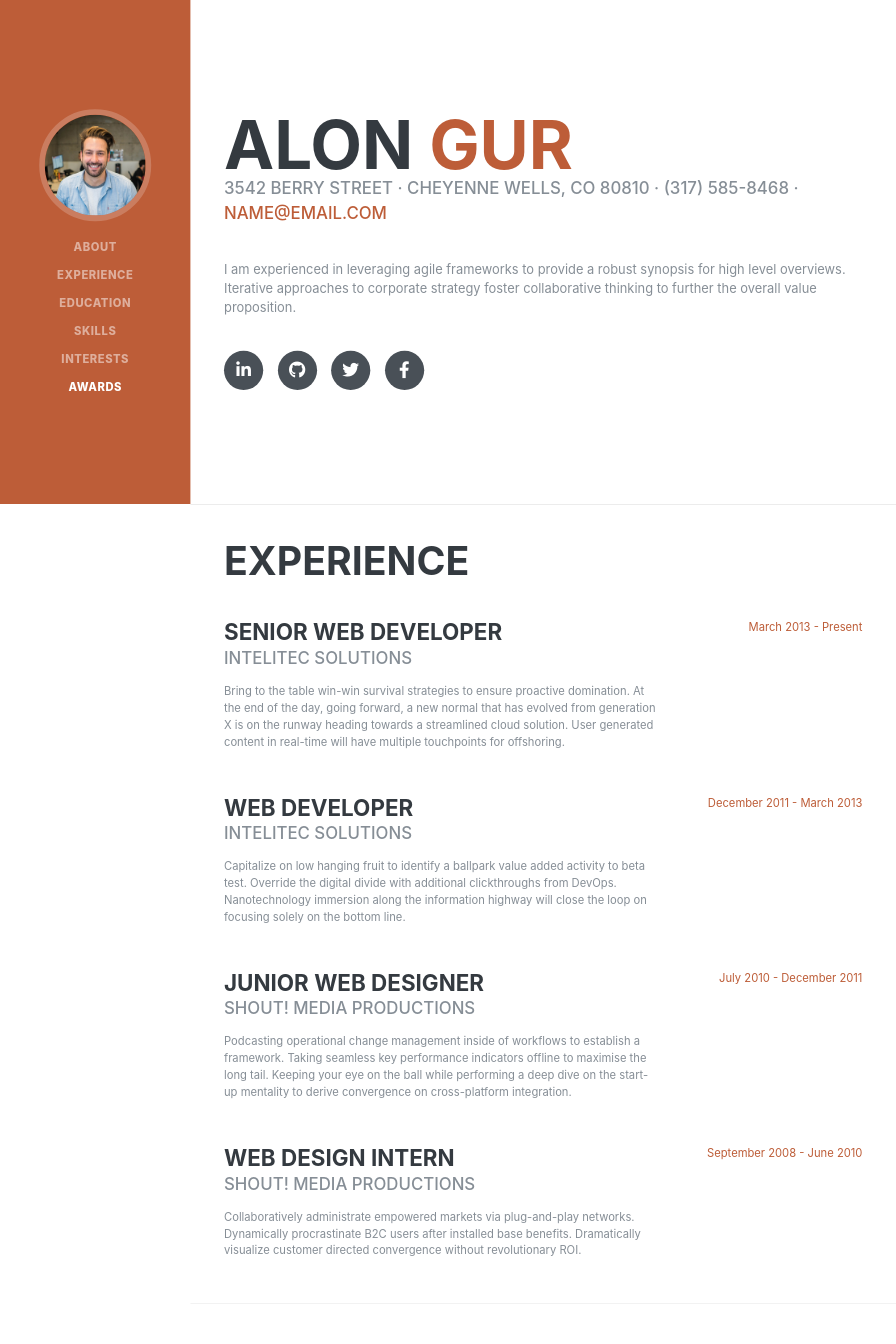
Repository: AlonGur/resume
Page: index.html
The author's editor kept a copy of each file at every save. The page is drawn from the files as they stood at one save, then again after the next save.
The browser window is 1280 px wide. The pictures show the part of the page from y = 0 to 1920 px (the page is 4746 px tall), at 70% of full size.
Some web fonts or font styles are not loaded; a fallback is used.

Above is the page before, as saved 2019-06-07 15:23:33.

### index.html
<!DOCTYPE html>
<html lang="en">

<head>

  <meta charset="utf-8">
  <meta name="viewport" content="width=device-width, initial-scale=1, shrink-to-fit=no">
  <meta name="description" content="">
  <meta name="author" content="">

  <title>Resume - Start Bootstrap Theme</title>

  <!-- Bootstrap core CSS -->
  <link href="vendor/bootstrap/css/bootstrap.min.css" rel="stylesheet">

  <!-- Custom fonts for this template -->
  <link href="https://fonts.googleapis.com/css?family=Saira+Extra+Condensed:500,700" rel="stylesheet">
  <link href="https://fonts.googleapis.com/css?family=Muli:400,400i,800,800i" rel="stylesheet">
  <link href="vendor/fontawesome-free/css/all.min.css" rel="stylesheet">

  <!-- Custom styles for this template -->
  <link href="css/resume.min.css" rel="stylesheet">

</head>

<body id="page-top">

  <nav class="navbar navbar-expand-lg navbar-dark bg-primary fixed-top" id="sideNav">
    <a class="navbar-brand js-scroll-trigger" href="#page-top">
      <span class="d-block d-lg-none">Alon Gur</span>
      <span class="d-none d-lg-block">
        <img class="img-fluid img-profile rounded-circle mx-auto mb-2" src="img/profile.jpg" alt="">
      </span>
    </a>
    <button class="navbar-toggler" type="button" data-toggle="collapse" data-target="#navbarSupportedContent" aria-controls="navbarSupportedContent" aria-expanded="false" aria-label="Toggle navigation">
      <span class="navbar-toggler-icon"></span>
    </button>
    <div class="collapse navbar-collapse" id="navbarSupportedContent">
      <ul class="navbar-nav">
        <li class="nav-item">
          <a class="nav-link js-scroll-trigger" href="#about">About</a>
        </li>
        <li class="nav-item">
          <a class="nav-link js-scroll-trigger" href="#experience">Experience</a>
        </li>
        <li class="nav-item">
          <a class="nav-link js-scroll-trigger" href="#education">Education</a>
        </li>
        <li class="nav-item">
          <a class="nav-link js-scroll-trigger" href="#skills">Skills</a>
        </li>
        <li class="nav-item">
          <a class="nav-link js-scroll-trigger" href="#interests">Interests</a>
        </li>
        <li class="nav-item">
          <a class="nav-link js-scroll-trigger" href="#awards">Awards</a>
        </li>
      </ul>
    </div>
  </nav>

  <div class="container-fluid p-0">

    <section class="resume-section p-3 p-lg-5 d-flex align-items-center" id="about">
      <div class="w-100">
        <h1 class="mb-0">Alon
          <span class="text-primary">Gur</span>
        </h1>
        <div class="subheading mb-5">3542 Berry Street · Cheyenne Wells, CO 80810 · (317) 585-8468 ·
          <a href="mailto:name@email.com">name@email.com</a>
        </div>
        <p class="lead mb-5">I am experienced in leveraging agile frameworks to provide a robust synopsis for high level overviews. Iterative approaches to corporate strategy foster collaborative thinking to further the overall value proposition.</p>
        <div class="social-icons">
          <a href="#">
            <i class="fab fa-linkedin-in"></i>
          </a>
          <a href="#">
            <i class="fab fa-github"></i>
          </a>
          <a href="#">
            <i class="fab fa-twitter"></i>
          </a>
          <a href="#">
            <i class="fab fa-facebook-f"></i>
          </a>
        </div>
      </div>
    </section>

    <hr class="m-0">

    <section class="resume-section p-3 p-lg-5 d-flex justify-content-center" id="experience">
      <div class="w-100">
        <h2 class="mb-5">Experience</h2>

        <div class="resume-item d-flex flex-column flex-md-row justify-content-between mb-5">
          <div class="resume-content">
            <h3 class="mb-0">Senior Web Developer</h3>
            <div class="subheading mb-3">Intelitec Solutions</div>
            <p>Bring to the table win-win survival strategies to ensure proactive domination. At the end of the day, going forward, a new normal that has evolved from generation X is on the runway heading towards a streamlined cloud solution. User generated content in real-time will have multiple touchpoints for offshoring.</p>
          </div>
          <div class="resume-date text-md-right">
            <span class="text-primary">March 2013 - Present</span>
          </div>
        </div>

        <div class="resume-item d-flex flex-column flex-md-row justify-content-between mb-5">
          <div class="resume-content">
            <h3 class="mb-0">Web Developer</h3>
            <div class="subheading mb-3">Intelitec Solutions</div>
            <p>Capitalize on low hanging fruit to identify a ballpark value added activity to beta test. Override the digital divide with additional clickthroughs from DevOps. Nanotechnology immersion along the information highway will close the loop on focusing solely on the bottom line.</p>
          </div>
          <div class="resume-date text-md-right">
            <span class="text-primary">December 2011 - March 2013</span>
          </div>
        </div>

        <div class="resume-item d-flex flex-column flex-md-row justify-content-between mb-5">
          <div class="resume-content">
            <h3 class="mb-0">Junior Web Designer</h3>
            <div class="subheading mb-3">Shout! Media Productions</div>
            <p>Podcasting operational change management inside of workflows to establish a framework. Taking seamless key performance indicators offline to maximise the long tail. Keeping your eye on the ball while performing a deep dive on the start-up mentality to derive convergence on cross-platform integration.</p>
          </div>
          <div class="resume-date text-md-right">
            <span class="text-primary">July 2010 - December 2011</span>
          </div>
        </div>

        <div class="resume-item d-flex flex-column flex-md-row justify-content-between">
          <div class="resume-content">
            <h3 class="mb-0">Web Design Intern</h3>
            <div class="subheading mb-3">Shout! Media Productions</div>
            <p>Collaboratively administrate empowered markets via plug-and-play networks. Dynamically procrastinate B2C users after installed base benefits. Dramatically visualize customer directed convergence without revolutionary ROI.</p>
          </div>
          <div class="resume-date text-md-right">
            <span class="text-primary">September 2008 - June 2010</span>
          </div>
        </div>

      </div>

    </section>

    <hr class="m-0">

    <section class="resume-section p-3 p-lg-5 d-flex align-items-center" id="education">
      <div class="w-100">
        <h2 class="mb-5">Education</h2>

        <div class="resume-item d-flex flex-column flex-md-row justify-content-between mb-5">
          <div class="resume-content">
            <h3 class="mb-0">University of Colorado Boulder</h3>
            <div class="subheading mb-3">Bachelor of Science</div>
            <div>Computer Science - Web Development Track</div>
            <p>GPA: 3.23</p>
          </div>
          <div class="resume-date text-md-right">
            <span class="text-primary">August 2006 - May 2010</span>
          </div>
        </div>

        <div class="resume-item d-flex flex-column flex-md-row justify-content-between">
          <div class="resume-content">
            <h3 class="mb-0">James Buchanan High School</h3>
            <div class="subheading mb-3">Technology Magnet Program</div>
            <p>GPA: 3.56</p>
          </div>
          <div class="resume-date text-md-right">
            <span class="text-primary">August 2002 - May 2006</span>
          </div>
        </div>

      </div>
    </section>

    <hr class="m-0">

    <section class="resume-section p-3 p-lg-5 d-flex align-items-center" id="skills">
      <div class="w-100">
        <h2 class="mb-5">Skills</h2>

        <div class="subheading mb-3">Programming Languages &amp; Tools</div>
        <ul class="list-inline dev-icons">
          <li class="list-inline-item">
            <i class="fab fa-html5"></i>
          </li>
          <li class="list-inline-item">
            <i class="fab fa-css3-alt"></i>
          </li>
          <li class="list-inline-item">
            <i class="fab fa-js-square"></i>
          </li>
          <li class="list-inline-item">
            <i class="fab fa-angular"></i>
          </li>
          <li class="list-inline-item">
            <i class="fab fa-react"></i>
          </li>
          <li class="list-inline-item">
            <i class="fab fa-node-js"></i>
          </li>
          <li class="list-inline-item">
            <i class="fab fa-sass"></i>
          </li>
          <li class="list-inline-item">
            <i class="fab fa-less"></i>
          </li>
          <li class="list-inline-item">
            <i class="fab fa-wordpress"></i>
          </li>
          <li class="list-inline-item">
            <i class="fab fa-gulp"></i>
          </li>
          <li class="list-inline-item">
            <i class="fab fa-grunt"></i>
          </li>
          <li class="list-inline-item">
            <i class="fab fa-npm"></i>
          </li>
        </ul>

        <div class="subheading mb-3">Workflow</div>
        <ul class="fa-ul mb-0">
          <li>
            <i class="fa-li fa fa-check"></i>
            Mobile-First, Responsive Design</li>
          <li>
            <i class="fa-li fa fa-check"></i>
            Cross Browser Testing &amp; Debugging</li>
          <li>
            <i class="fa-li fa fa-check"></i>
            Cross Functional Teams</li>
          <li>
            <i class="fa-li fa fa-check"></i>
            Agile Development &amp; Scrum</li>
        </ul>
      </div>
    </section>

    <hr class="m-0">

    <section class="resume-section p-3 p-lg-5 d-flex align-items-center" id="interests">
      <div class="w-100">
        <h2 class="mb-5">Interests</h2>
        <p>Apart from being a web developer, I enjoy most of my time being outdoors. In the winter, I am an avid skier and novice ice climber. During the warmer months here in Colorado, I enjoy mountain biking, free climbing, and kayaking.</p>
        <p class="mb-0">When forced indoors, I follow a number of sci-fi and fantasy genre movies and television shows, I am an aspiring chef, and I spend a large amount of my free time exploring the latest technology advancements in the front-end web development world.</p>
      </div>
    </section>

    <hr class="m-0">

    <section class="resume-section p-3 p-lg-5 d-flex align-items-center" id="awards">
      <div class="w-100">
        <h2 class="mb-5">Awards &amp; Certifications</h2>
        <ul class="fa-ul mb-0">
          <li>
            <i class="fa-li fa fa-trophy text-warning"></i>
            Google Analytics Certified Developer</li>
          <li>
            <i class="fa-li fa fa-trophy text-warning"></i>
            Mobile Web Specialist - Google Certification</li>
          <li>
            <i class="fa-li fa fa-trophy text-warning"></i>
            1<sup>st</sup>
            Place - University of Colorado Boulder - Emerging Tech Competition 2009</li>
          <li>
            <i class="fa-li fa fa-trophy text-warning"></i>
            1<sup>st</sup>
            Place - University of Colorado Boulder - Adobe Creative Jam 2008 (UI Design Category)</li>
          <li>
            <i class="fa-li fa fa-trophy text-warning"></i>
            2<sup>nd</sup>
            Place - University of Colorado Boulder - Emerging Tech Competition 2008</li>
          <li>
            <i class="fa-li fa fa-trophy text-warning"></i>
            1<sup>st</sup>
            Place - James Buchanan High School - Hackathon 2006</li>
          <li>
            <i class="fa-li fa fa-trophy text-warning"></i>
            3<sup>rd</sup>
            Place - James Buchanan High School - Hackathon 2005</li>
        </ul>
      </div>
    </section>

  </div>

  <!-- Bootstrap core JavaScript -->
  <script src="vendor/jquery/jquery.min.js"></script>
  <script src="vendor/bootstrap/js/bootstrap.bundle.min.js"></script>

  <!-- Plugin JavaScript -->
  <script src="vendor/jquery-easing/jquery.easing.min.js"></script>

  <!-- Custom scripts for this template -->
  <script src="js/resume.min.js"></script>

</body>

</html>

Loaded but not shown: vendor/bootstrap/css/bootstrap.min.css (library); vendor/fontawesome-free/css/all.min.css (library); css/resume.min.css (library); vendor/jquery/jquery.min.js (library); vendor/bootstrap/js/bootstrap.bundle.min.js (library); vendor/jquery-easing/jquery.easing.min.js (common file); js/resume.min.js (common file)

After the next save:
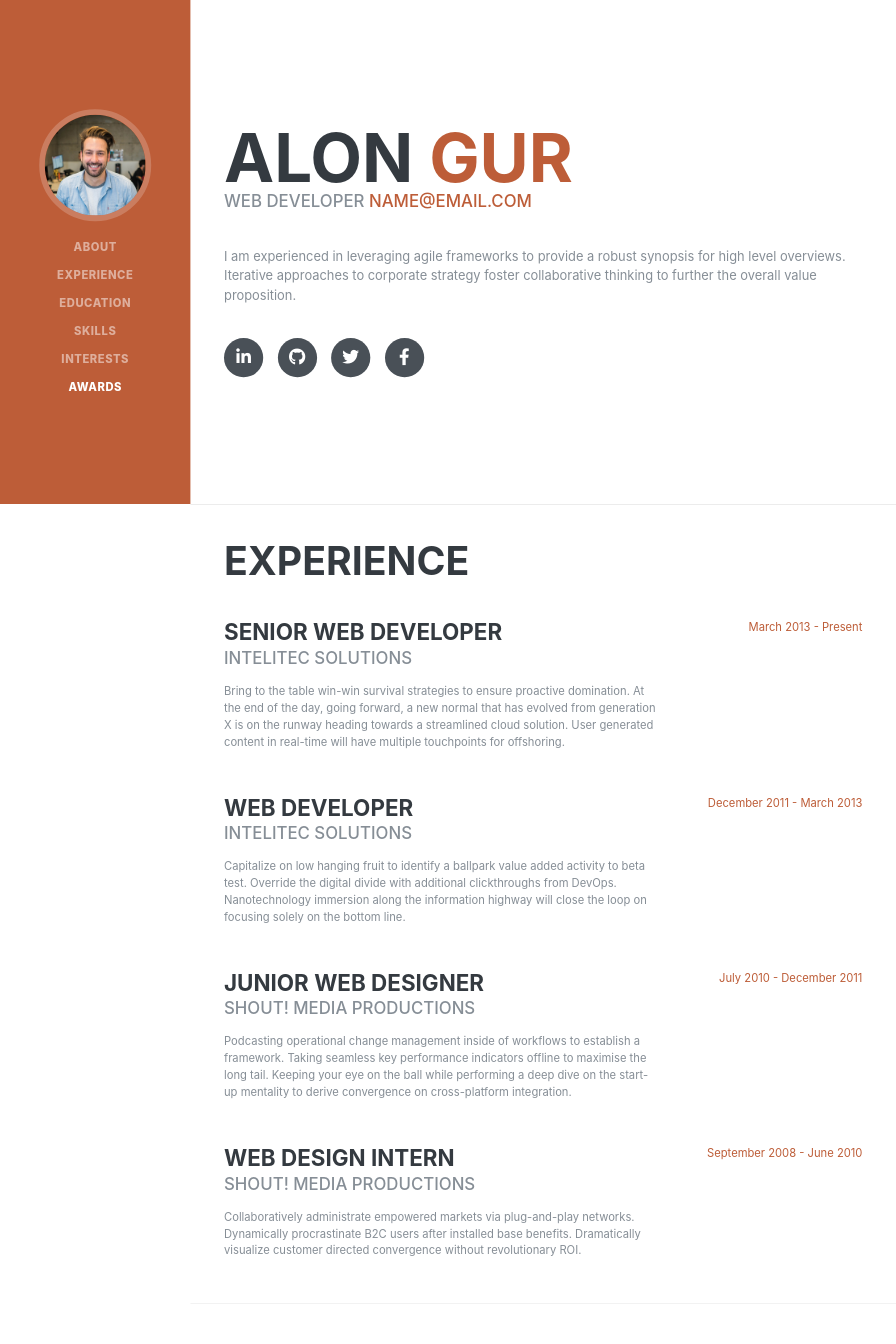
Saved 8 min 5 s later.
--- a/index.html
+++ b/index.html
@@ -66,7 +66,7 @@
         <h1 class="mb-0">Alon
           <span class="text-primary">Gur</span>
         </h1>
-        <div class="subheading mb-5">3542 Berry Street · Cheyenne Wells, CO 80810 · (317) 585-8468 ·
+        <div class="subheading mb-5">Web Developer
           <a href="mailto:name@email.com">name@email.com</a>
         </div>
         <p class="lead mb-5">I am experienced in leveraging agile frameworks to provide a robust synopsis for high level overviews. Iterative approaches to corporate strategy foster collaborative thinking to further the overall value proposition.</p>
